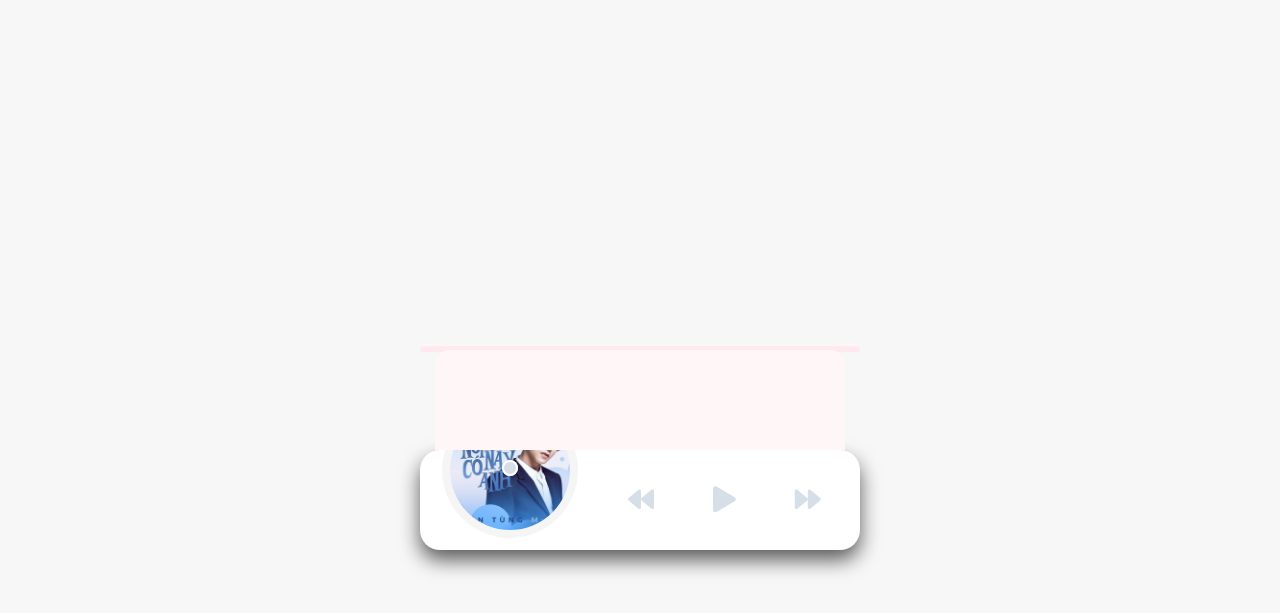
Repository: nguyentien110-fe/Music_Player_Demo
Page: index.html
These files come from the project's save history. The page is drawn as it stood at one moment and after the next save; the edit follows.
The browser window is 1280 px wide. The pictures show the whole page.
The pointer rests on the first visible `.button`.

Above is the page before, as saved 2021-08-29 22:00:47.

### index.html
<!DOCTYPE html>
<html lang="en">

<head>
    <meta charset="UTF-8">
    <meta http-equiv="X-UA-Compatible" content="IE=edge">
    <meta name="viewport" content="width=device-width, initial-scale=1.0">
    <link rel="stylesheet" href="https://cdnjs.cloudflare.com/ajax/libs/font-awesome/5.15.4/css/all.min.css" integrity="sha512-1ycn6IcaQQ40/MKBW2W4Rhis/DbILU74C1vSrLJxCq57o941Ym01SwNsOMqvEBFlcgUa6xLiPY/NS5R+E6ztJQ==" crossorigin="anonymous" referrerpolicy="no-referrer">
    <link rel="stylesheet" href="style.css">
    <title>Music Player App | NTIEZDev</title>
</head>

<body>
    <div id="app">
        <div id="bg-artwork"></div>
        <div id="bg-layer"></div>
        <div id="player">
            <div id="player-track">
                <div id="album-name"></div>
                <div id="track-name"></div>
                <div id="track-time">
                    <div id="current-time"></div>
                    <div id="track-length"></div>
                </div>
            </div>
            <div id="s-area">
                <div id="ins-time"></div>
                <div id="s-hover"></div>
                <div id="seek-bar"></div>
            </div>
        </div>
        <div id="player-content">
            <div id="album-art">
                <img src="./img/pic1.jpg" class="active" id="1">
                <img src="./img/pic2.jpg" id="2">
                <img src="./img/pic3.jpg" id="3">
                <img src="./img/pic4.jpg" id="4">
                <img src="./img/pic5.jpg" id="5">
                <img src="./img/pic6.jpg" id="6">
            </div>
            <div id="player-controls">
                <div class="control">
                    <div class="button" id="play-previous">
                        <i class="fas fa-backward"></i>
                    </div>
                </div>
                <div class="control">
                    <div class="button" id="play-pause-button">
                        <i class="fas fa-play"></i>
                    </div>
                </div>
                <div class="control">
                    <div class="button" id="play-next">
                        <i class="fas fa-forward"></i>
                    </div>
                </div>
            </div>
        </div>
    </div>
    <script src="https://cdnjs.cloudflare.com/ajax/libs/jquery/3.6.0/jquery.min.js" integrity="sha512-894YE6QWD5I59HgZOGReFYm4dnWc1Qt5NtvYSaNcOP+u1T9qYdvdihz0PPSiiqn/+/3e7Jo4EaG7TubfWGUrMQ==" crossorigin="anonymous" referrerpolicy="no-referrer"></script>
    <script src="./main.js"></script>

</body>

</html>

### style.css
@import url('https://fonts.googleapis.com/css2?family=Yanone+Kaffeesatz&display=swap');
*:focus {
    outline: none;
}

body {
    font-family: 'Yanone Kaffeesatz', sans-serif;
}

#app {
    position: absolute;
    top: 50%;
    right: 0;
    left: 0;
    bottom: 0;
    width: 440px;
    height: 100px;
    margin: -10px auto;
}

#bg-artwork {
    position: fixed;
    top: 0;
    right: 0;
    left: 0;
    bottom: 0;
    background-position: center;
    background-repeat: no-repeat;
    background-size: cover;
    filter: blur(4px);
    z-index: 1;
}

#bg-layer {
    position: fixed;
    top: 0;
    right: 0;
    left: 0;
    bottom: 0;
    background-color: #ebebeb;
    opacity: 0.4;
    z-index: 2;
}

#player {
    position: relative;
    height: 100%;
    z-index: 3;
}

#player-track {
    position: absolute;
    top: 0;
    right: 15px;
    left: 15px;
    bottom: 0;
    padding: 14px 22px 12px 152px;
    background-color: #fff7f7;
    border-radius: 15px 15px 0 0;
    z-index: 3;
    transition: 0.3s ease top;
    will-change: transition;
}

#player-track.active {
    top: -110px;
}

#album-name {
    white-space: nowrap;
    overflow: hidden;
    text-overflow: ellipsis;
    color: #54576f;
    font-size: 28px;
    font-weight: 550;
}

#track-name {
    color: #999;
    font-size: 20px;
    margin: 4px 0 14px 0;
}

#track-time {
    height: 12px;
    margin-bottom: 8px;
    overflow: hidden;
}

#current-time {
    float: left;
}

#track-length {
    float: right;
}

#current-time,
#track-length {
    color: transparent;
    font-size: 14px;
    background-color: #ffe8ee;
    transition: 0.4s ease all;
    will-change: transition;
}

#track-time.active #current-time,
#track-time.active #track-length {
    color: #f86d92;
    background-color: transparent;
}

#s-area,
#seek-bar {
    position: relative;
    bottom: 4px;
    height: 6px;
    border-radius: 6px;
}

#s-area {
    background-color: #ffe8ee;
    cursor: pointer;
}

#ins-time {
    position: absolute;
    top: -30px;
    color: #fff;
    font-size: 12px;
    white-space: pre;
    padding: 8px 6px;
    border-radius: 4px;
    display: none;
}

#s-hover {
    position: absolute;
    top: 0;
    left: 0;
    bottom: 0;
    opacity: 0.2;
    z-index: 2;
}

#ins-time,
#s-hover {
    background-color: #434450;
}

#seek-bar {
    content: '';
    position: absolute;
    top: 0;
    left: 0;
    bottom: 0;
    background-color: #fd6d94;
    z-index: 1;
    transition: 0.2s ease all;
    will-change: transition;
}

#player-content {
    position: relative;
    height: 100%;
    background-color: #fff;
    box-shadow: 0 10px 20px #5a5a5a;
    border-radius: 20px;
    z-index: 2;
}

#album-art {
    position: absolute;
    top: -40px;
    width: 120px;
    height: 120px;
    margin-left: 30px;
    box-shadow: 0 0 0 8px #f5f5f5;
    border-radius: 50%;
    overflow: hidden;
    transition: 0.4s ease all;
    will-change: transition;
}

#album-art.active {
    top: -72px !important;
    box-shadow: 0 0 0 4px #fff7f7, 0 30px 50px -15px #afb7c1;
}

#album-art::before {
    content: '';
    position: absolute;
    top: 50%;
    right: 0;
    left: 0;
    width: 16px;
    height: 16px;
    margin: -10px auto -10px auto;
    background-color: #d6dee7;
    border-radius: 50%;
    box-shadow: inset 0 0 0 2px #fff;
    z-index: 2;
}

#album-art img {
    display: block;
    position: absolute;
    top: 0;
    left: 0;
    width: 100%;
    height: 100%;
    opacity: 0;
    z-index: -1;
}

#album-art img.active {
    opacity: 1;
    z-index: 1;
}

#album-art.active img.active {
    z-index: 1;
    animation: animateAlbum 4s linear 0s infinite forwards;
}

@keyframes animateAlbum {
    0% {
        transform: rotateZ(0);
    }
    100% {
        transform: rotateZ(360deg);
    }
}

#player-controls {
    width: 250px;
    height: 100%;
    margin: 0 6px 0 140px;
    float: right;
}

.control {
    width: 33.333%;
    float: left;
    padding: 12px 0;
}

.button {
    width: 26px;
    height: 26px;
    padding: 24px;
    background-color: #fff;
    border-radius: 10px;
    cursor: pointer;
    transform: scale(1);
}

.button i {
    display: block;
    color: #d6dee7;
    font-size: 26px;
    text-align: center;
}

.button,
.button i {
    transition: 0.4s ease all;
    will-change: transition;
}

.button:hover {}

### main.js
$(function() {
    // Tạo biến và gán giá trị
    var playerTrack = $("#player-track"),
        bgArtwork = $('#bg-artwork'),
        bgArtworkUrl, albumName = $('#album-name'),
        trackName = $('#track-name'),
        albumArt = $('#album-art'),
        sArea = $('#s-area'),
        seekBar = $('#seek-bar'),
        trackTime = $('#track-time'),
        insTime = $('#ins-time'),
        sHover = $('#s-hover'),
        playPauseButton = $("#play-pause-button"),
        i = playPauseButton.find('i'),
        tProgress = $('#current-time'),
        tTime = $('#track-length'),
        tFlag = false,
        albums = ['Nơi này có anh', 'Bỏ em vào balo', 'Sai cách yêu', 'Một bước yêu vạn dặm đau', 'Nắm lấy tay anh', 'BIGCITYBOI'],
        trackNames = ['Sơn Tùng MTP', 'Tân Trần', 'Lê Bảo Bình', 'Mr.Siro', 'Tuấn Hưng', 'TOULIVER x BINZ'],
        albumArtworks = ['1', '2', '3', '4', '5', '6'],
        trackUrl = ['./Musics/song1.mp3', './Musics/song2.mp3', './Musics/song3.mp3', './Musics/song4.mp3', './Musics/song5.mp3', './Musics/song6.mp3'],
        playPreviousTrackButton = $('#play-previous'),
        playNextTrackButton = $('#play-next'),
        currIndex = -1

    // Keys chứa thông tin bài hát
    var songs = [

        {
            artist: "Sơn Tùng MTP",
            name: "Nơi này có anh",
            url: "./Musics/song1.mp3",
            picture: "./img/pic1.jpg"
        },
        {
            artist: "Tân Trần",
            name: "Bỏ em vào balo",
            url: "./Musics/song2.mp3",
            picture: "./img/pic2.jpg"
        },
        {
            artist: "Lê Bảo Bình",
            name: "Sai cách yêu",
            url: "./Musics/song3.mp3",
            picture: "./img/pic3.jpg"
        },
        {
            artist: "Mr.Siro",
            name: "Một bước yêu vạn dặm đau",
            url: "./Musics/song4.mp3",
            picture: "./img/pic4.jpg"
        },
        {
            artist: "Tuấn Hưng",
            name: "Nắm lấy tay anh",
            url: "./Musics/song5.mp3",
            picture: "./img/pic5.jpg"
        },
        {
            artist: "TOULIVER x BINZ",
            name: "BIGCITYBOI",
            url: "./Musics/song6.mp3",
            picture: "./img/pic6.jpg"
        }

    ];

    // Hàm playPause dùng để dừng nhạc / tiếp tục phát từ điểm dừng cuối cùng


    // Hàm showHover dùng để set giá trị muốn click khi hover trên thanh trượt


    // Hàm hideHover dùng để đặt lại các text đếm thời gian về điểm bắt đầu


    // Hàm playFromClickedPos có chức năng chuyển lời bài hát đến mốc thời gian đã chọn trên thanh trượt


    // Hàm updateCurrTime dùng để set thời gian, nếu đủ 100% thì chuyển bài và set thời gian về bắt đầu


    // Hàm selectTrack dùng để chuyển bài (tiến || lùi)


    // Hàm initPlayer dùng để bắt đầu Player và gán tuần tự các events

});

After the next save:
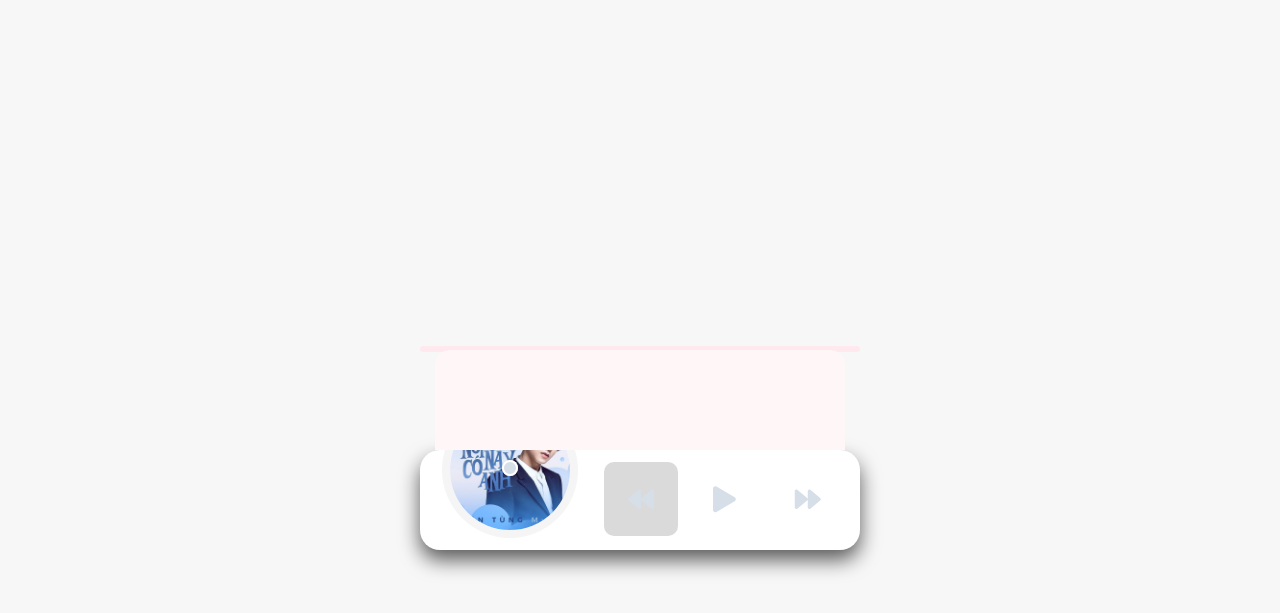
Saved 8 s later.
--- a/style.css
+++ b/style.css
@@ -268,4 +268,6 @@
     will-change: transition;
 }
 
-.button:hover {}
+.button:hover {
+    background-color: #dadada;
+}
